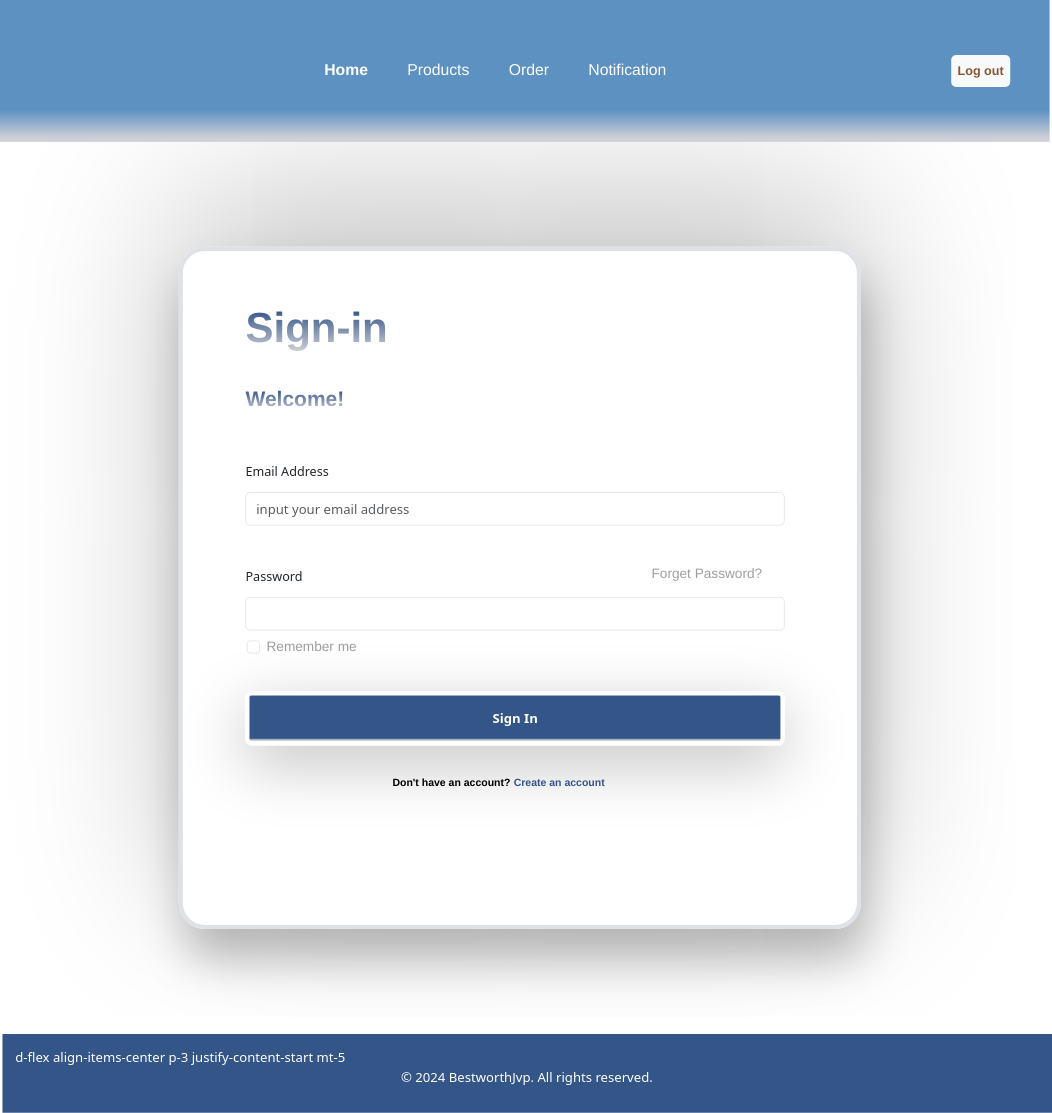
Repository: OVictor21/inventory
Page: /
The author's editor kept a copy of each file at every save. The page is drawn from the files as they stood at one save, then again after a run of saves.
The browser window is 1280 px wide. The page is 1283 px wide, so the pictures cover 1283 px, including what lies to the right of the window. The pictures show the whole page, at 82% of full size.
The project was rebuilt for these pictures with package versions that can differ from the ones it lists, and the page was loaded fresh each time.

Above is the page before, as saved 2024-12-14 10:43:09.

After the next 2 saves:
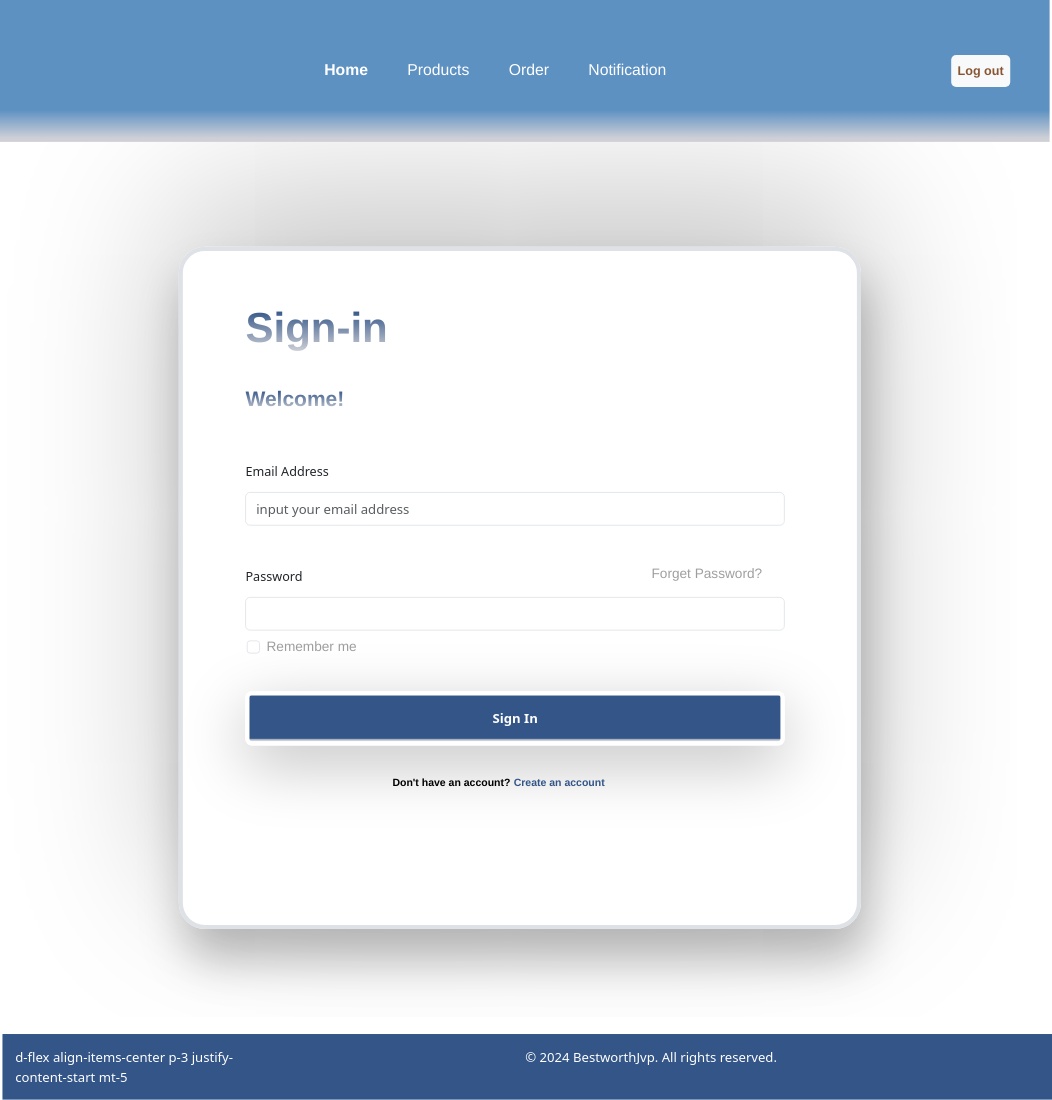
The 2 saves are shown as one change because they came seconds apart.
The last was saved 17 s later.
--- a/src/body.js
+++ b/src/body.js
@@ -32,7 +32,7 @@ const Body = () => {
 
     </form>
 
-    <footer className="footer-body text-white p-3 justify-content-start mb-5"> d-flex align-items-center p-3 justify-content-start mt-5
+    <footer className="footer-body text-white p-3 justify-content-start mb-5 d-flex"> d-flex align-items-center p-3 justify-content-start mt-5
       <div className="container">
           <div className="text-center">
             <p>&copy; 2024 BestworthJvp. All rights reserved.</p>
